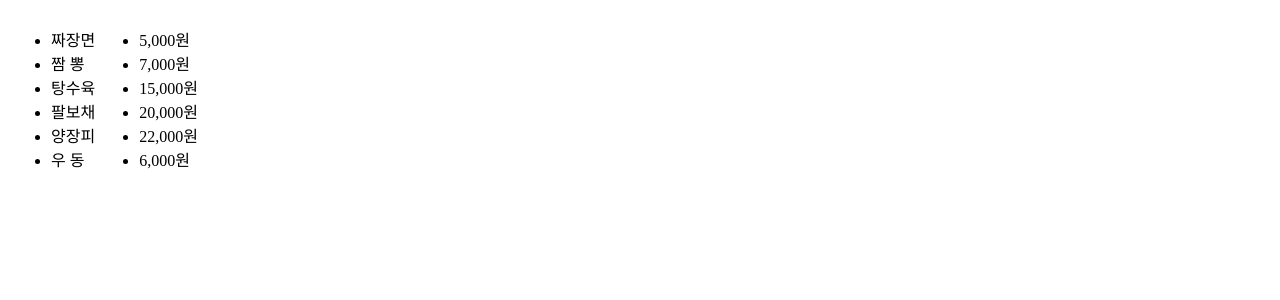
Repository: goalki/pension
Page: http://localhost/pension/etc/jquery_index2.jsp
The author's editor kept a copy of each file at every save. The page is drawn from the files as they stood at one save, then again after the next save.
The browser window is 1280 px wide. The pictures show the whole page.
The page is served by Tomcat 9.

Above is the page before, as saved 2021-01-19 06:21:30.

After the next save:
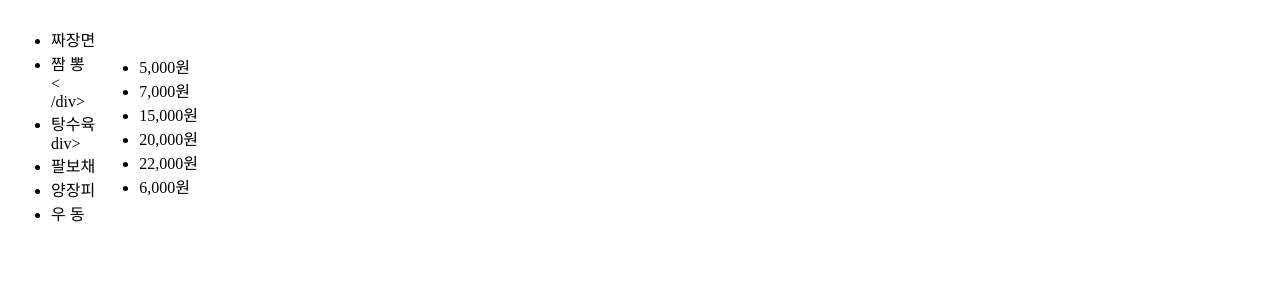
Saved 11 s later.
--- a/pension/WebContent/etc/jquery_index2.jsp
+++ b/pension/WebContent/etc/jquery_index2.jsp
@@ -31,10 +31,10 @@
  <tr>
   <td>
    <ul>  <!-- $(this).index() =>   -->
-    <li class="menu"> 짜장면 </li>
-    <li class="menu"> 짬 뽕 </li>
-    <li class="menu"> 탕수육 </li>
-    <li class="menu"> 팔보채 </li>
+    <li class="menu"> 짜장면 </li><div></div>
+    <li class="menu"> 짬 뽕 </li><div><<div></div>/div>
+    <li class="menu"> 탕수육 </li><div></<div></div>div>
+    <li class="menu"> 팔보채 </li><div></div>
     <div></div>
     <li class="menu"> 양장피 </li>
     <li class="menu"> 우 동 </li>
